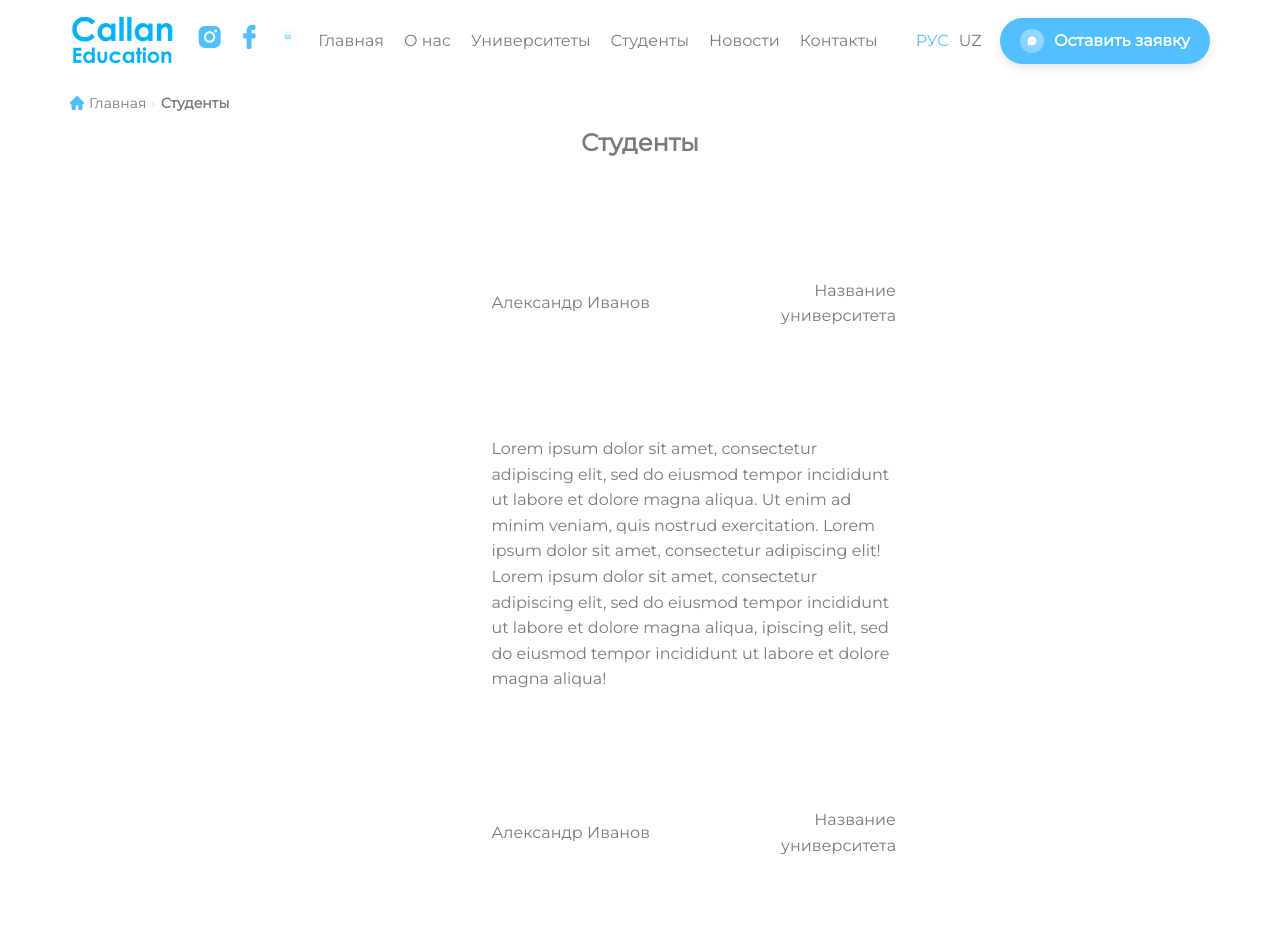
Repository: olyakorzh/Team-project-1
Page: assets/pages/students.html
The author's editor kept a copy of each file at every save. The page is drawn from the files as they stood at one save, then again after a run of saves.
The browser window is 1280 px wide. The pictures show the part of the page from y = 0 to 952 px (the page is 3220 px tall).
A picture or video elsewhere on the page could not be fetched, so the positions and the page height are approximate.

Above is the page before, as saved 2024-12-08 11:29:55.
Not found: assets/img/students.img/photo.pngФото студент

After the next 7 saves:
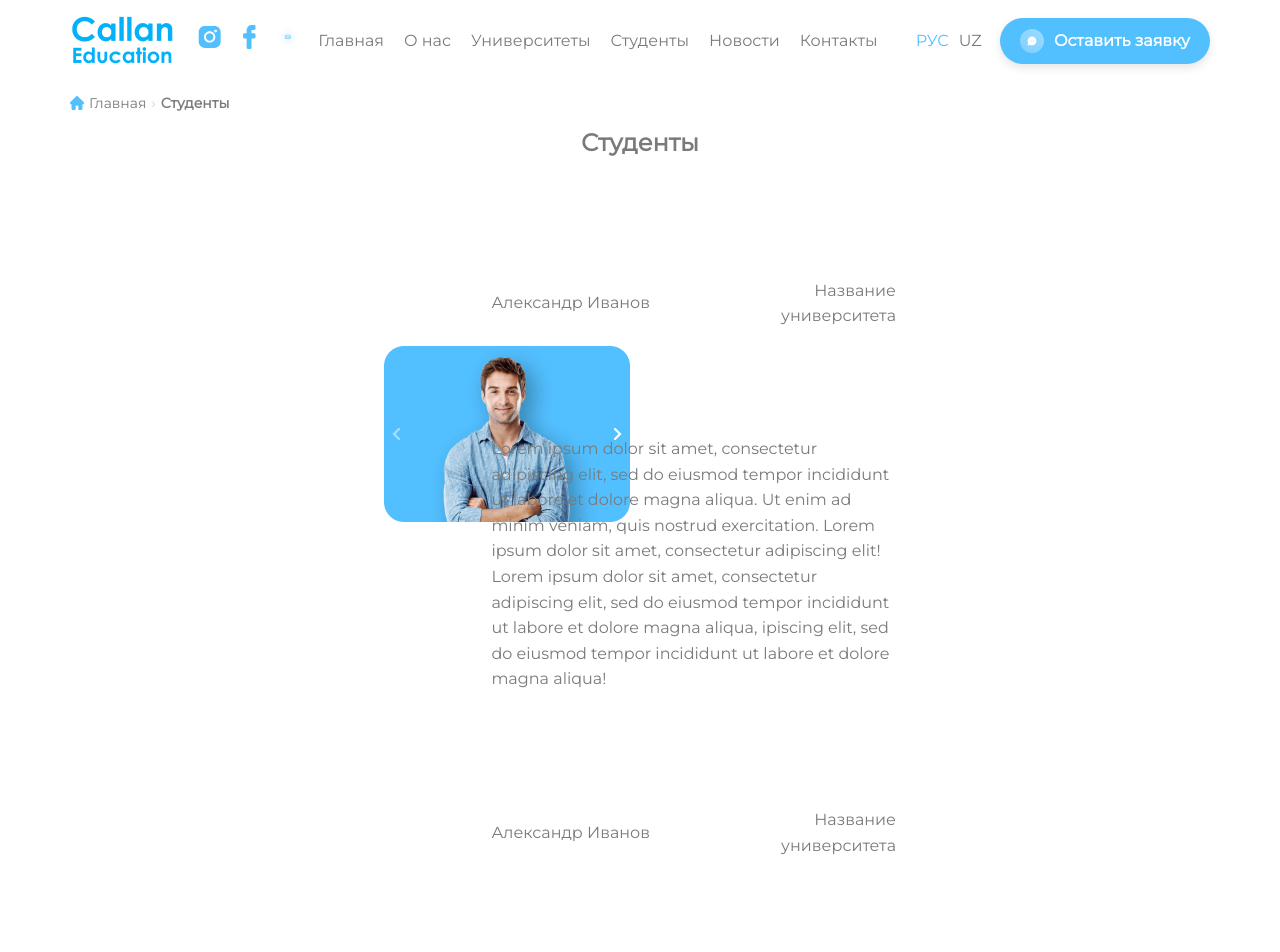
The 7 saves are shown as one change because they came seconds apart.
The last was saved 16 s later.
--- a/assets/pages/students.html
+++ b/assets/pages/students.html
@@ -105,7 +105,7 @@
           <h2>Студенты</h2>
           <div class="basic">
           <div class="containerstudent">
-          <div class="block_foto"><img src="../img/students.img/photo.pngФото студент" alt=""></div>
+          <div class="block_foto"><img src="../img/students.img/photo.png" alt=""></div>
           <div class="block1">Александр Иванов</div>
           <div class="block2">Название университета</div>
           <div class="block3">Lorem ipsum dolor sit amet, consectetur adipiscing elit, sed do eiusmod tempor incididunt ut labore et dolore magna aliqua. Ut enim ad minim veniam, quis nostrud exercitation. Lorem ipsum dolor sit amet, consectetur adipiscing elit! Lorem ipsum dolor sit amet, consectetur adipiscing elit, sed do eiusmod tempor incididunt ut labore et dolore magna aliqua, ipiscing elit, sed do eiusmod tempor incididunt ut labore et dolore magna aliqua!</div>
